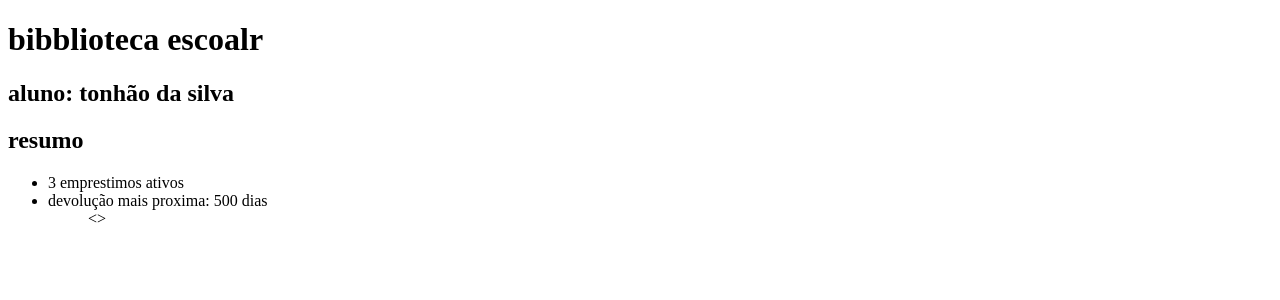
Repository: melloeduarda/html
Page: index.html
The author's editor kept a copy of each file at every save. The page is drawn from the files as they stood at one save, then again after a run of saves.
The browser window is 1280 px wide. The pictures show the whole page.

Above is the page before, as saved 2026-10-28 15:13:36.

After the next 2 saves:
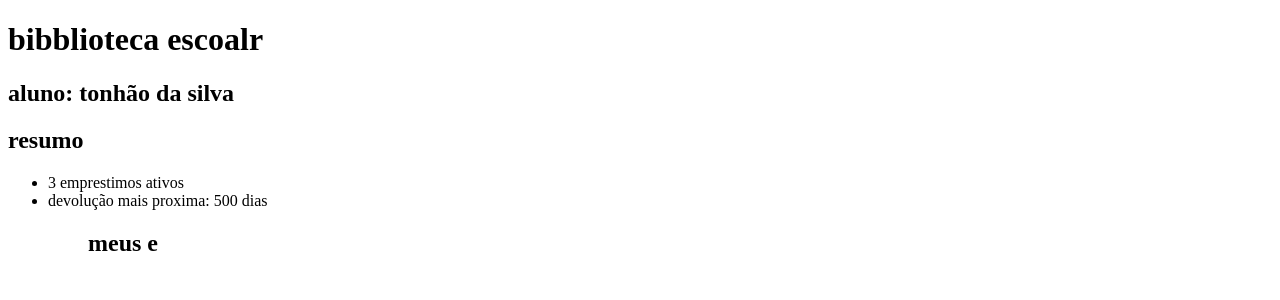
The 2 saves are shown as one change because they came seconds apart.
The last was saved 14 s later.
--- a/index.html
+++ b/index.html
@@ -18,4 +18,4 @@
         <li>3 emprestimos ativos</li>
         <li>devolução mais proxima: 500 dias</li>
     <ul>
-<>
+<h2>meus e
